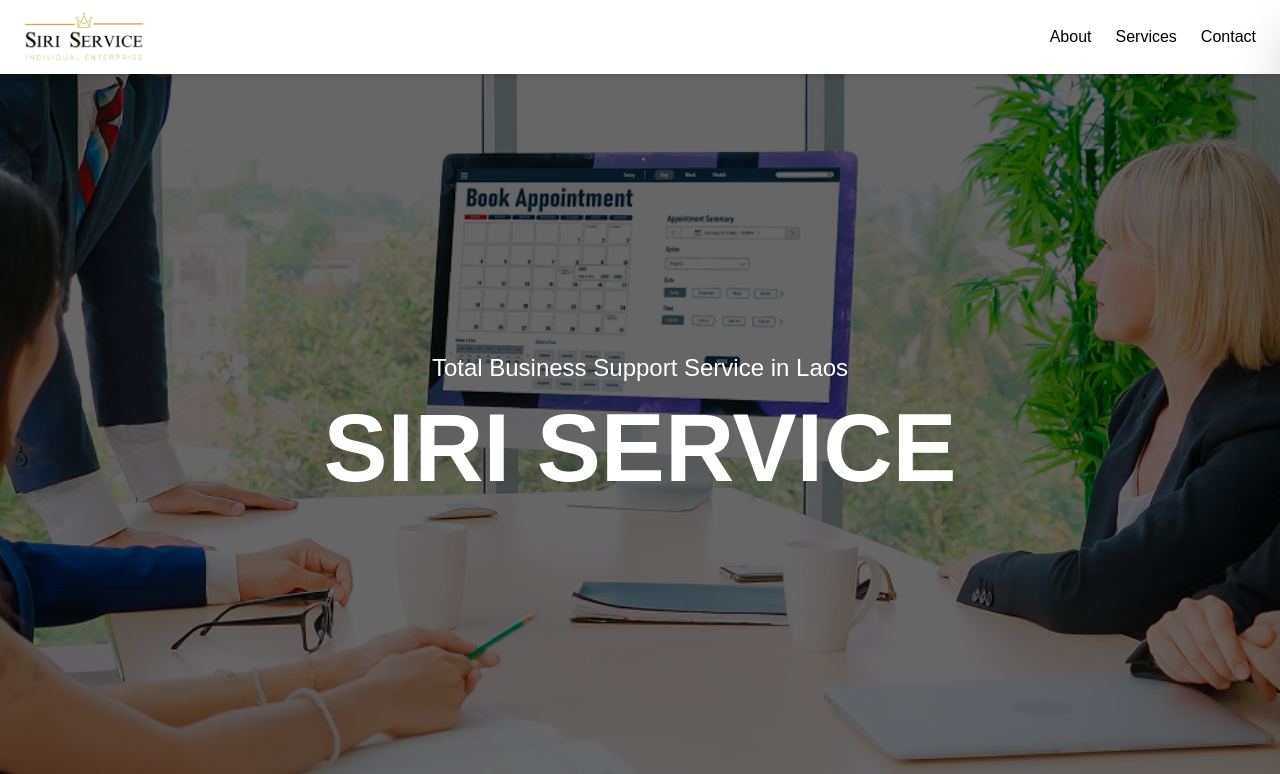
Repository: Phailin-teamplate/siri-service-web
Page: /
The author's editor kept a copy of each file at every save. The page is drawn from the files as they stood at one save, then again after the next save.
The browser window is 1280 px wide. The pictures show the whole page.
The project was rebuilt for these pictures with package versions that can differ from the ones it lists, and the page was loaded fresh each time. The framework's server and built-in components were replaced by stand-ins that run in the browser. Also part of the build but not shown: next.config.ts.

Above is the page before, as saved 2025-07-02 14:02:43.

After the next save:
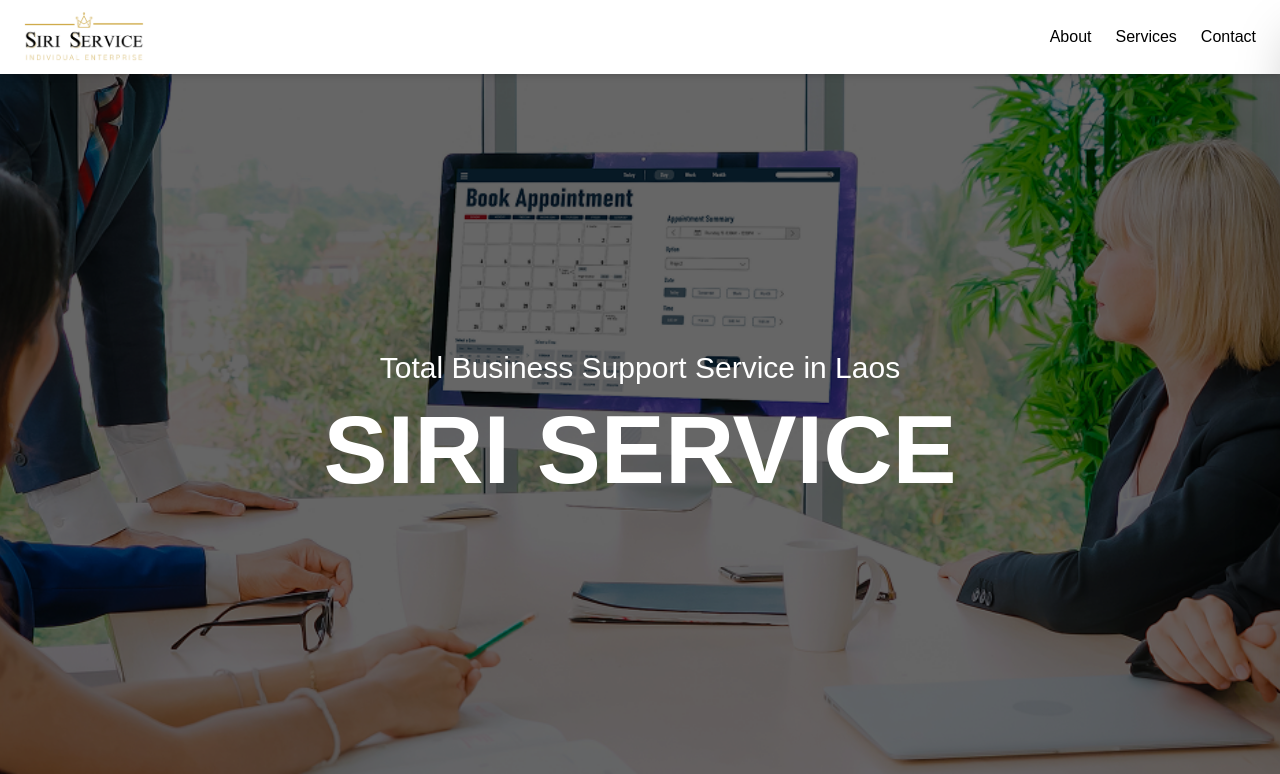
Saved 14 s later.
--- a/src/components/Homepage.tsx
+++ b/src/components/Homepage.tsx
@@ -21,7 +21,7 @@
           {/* Centered Content */}
           <div className="absolute inset-0 z-20 flex flex-col items-center justify-center text-center px-4">
             <div className="mb-4 sm:mb-4">
-              <p className="text-white text-sm xs:text-base sm:text-xl md:text-2xl font-medium">
+              <p className="text-white text-sm xs:text-base sm:text-xl md:text-3xl font-medium">
                 Total Business Support Service in Laos
               </p>
             </div>
